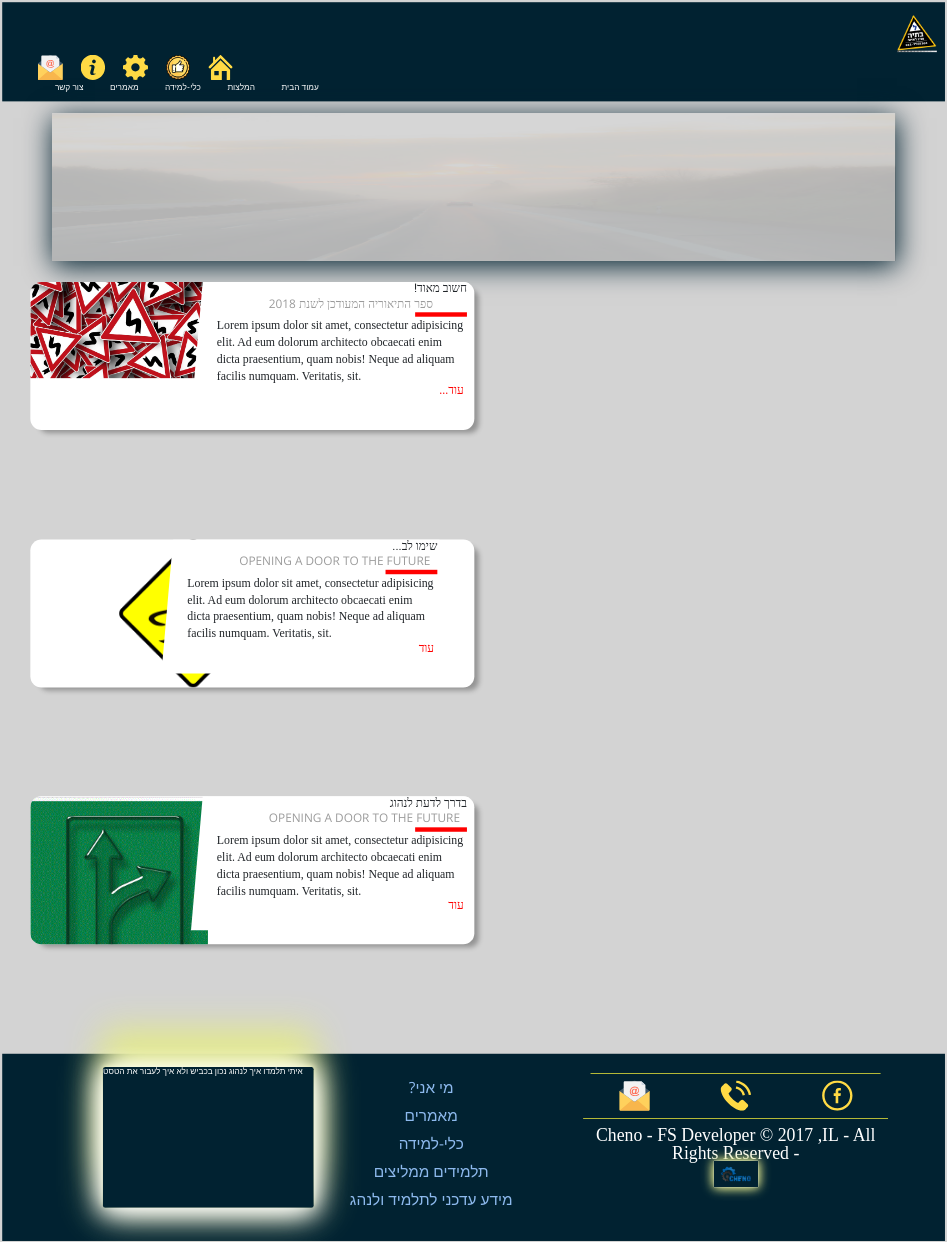
Repository: ChenGinsberg/BatyaLamed-site
Page: index.html
The author's editor kept a copy of each file at every save. The page is drawn from the files as they stood at one save, then again after the next save.
The browser window is 1280 px wide. The pictures show the whole page, at 74% of full size.
Some web libraries are served in a nearby version.

Above is the page before, as saved 2017-11-14 01:12:42.

After the next save:
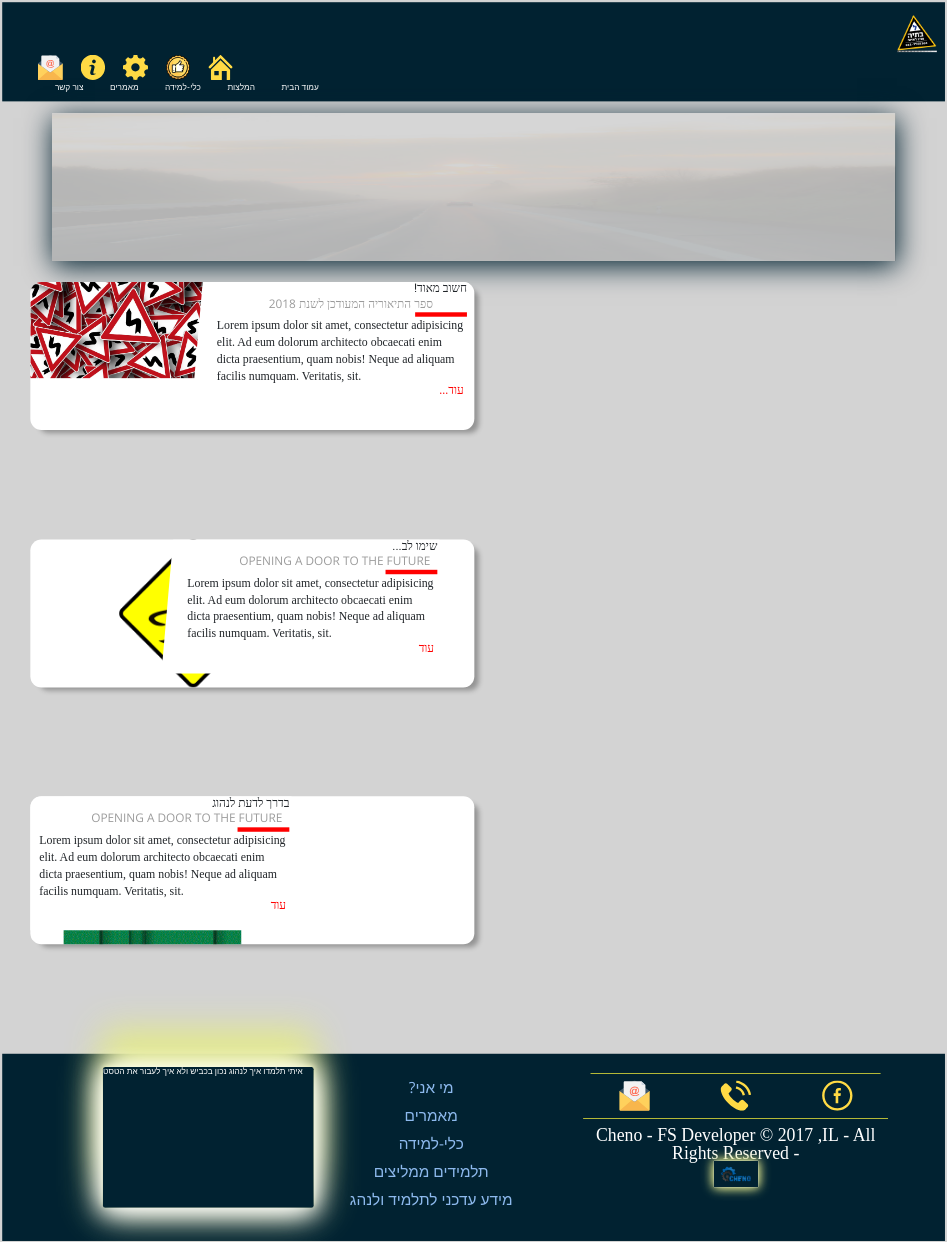
Saved 45 s later.
--- a/style/infoBox.css
+++ b/style/infoBox.css
@@ -53,6 +53,8 @@
 .blog-card .photo.photo3 {
     background: url("/image/green-article - Copy.gif") center no-repeat;
     background-size: cover;
+    position: absolute;
+    left: 45px;
 }
 
 .blog-card .details {

After the save that followed:
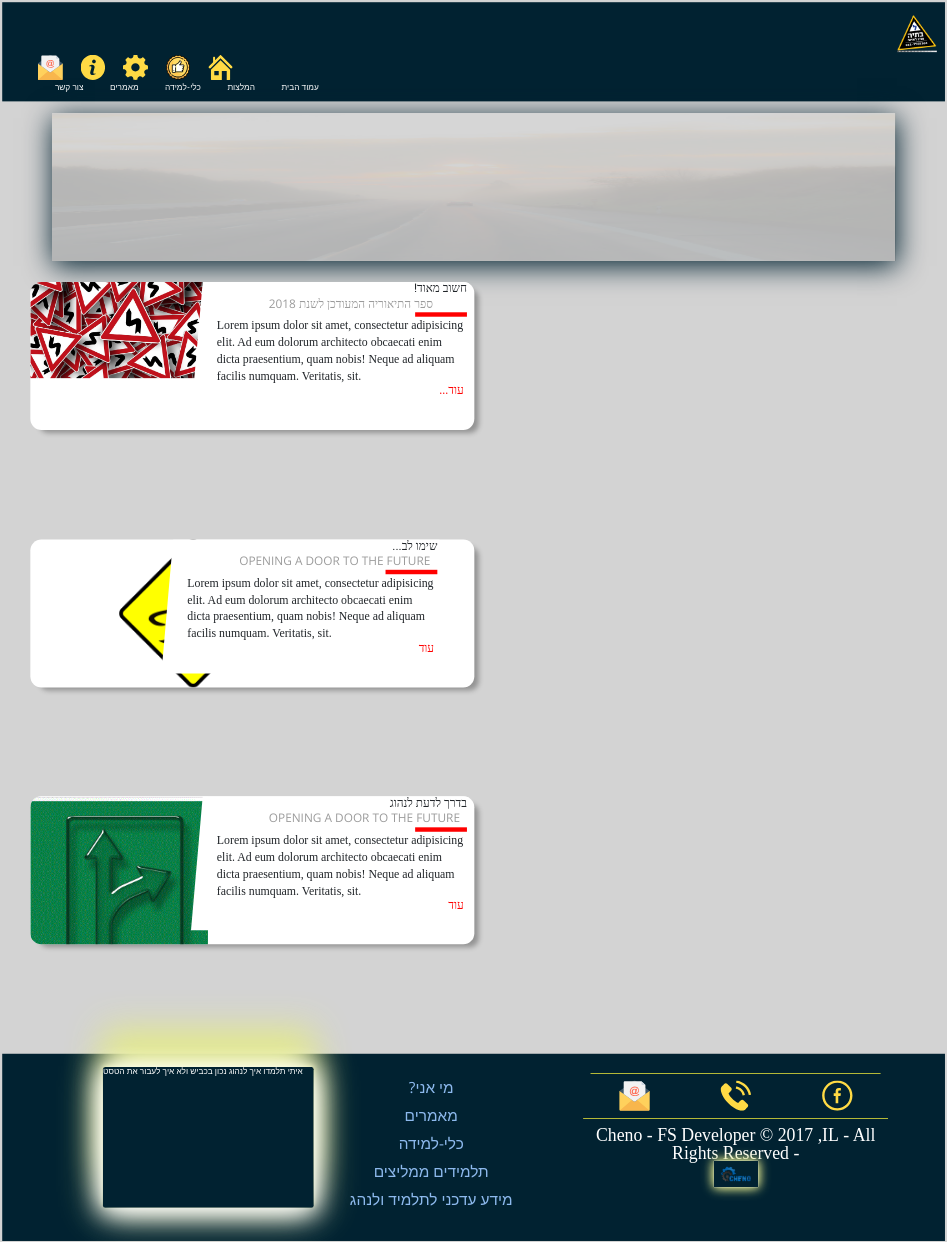
Saved 12 s later.
--- a/style/infoBox.css
+++ b/style/infoBox.css
@@ -53,8 +53,6 @@
 .blog-card .photo.photo3 {
     background: url("/image/green-article - Copy.gif") center no-repeat;
     background-size: cover;
-    position: absolute;
-    left: 45px;
 }
 
 .blog-card .details {
